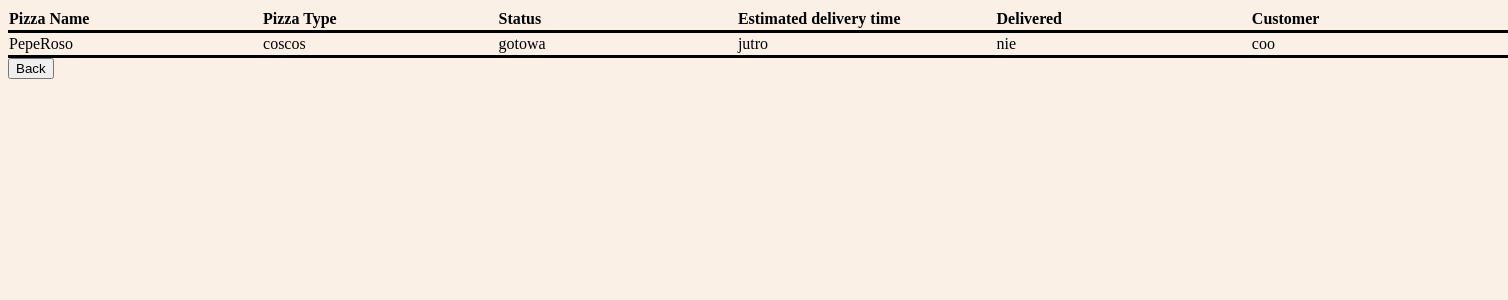
Repository: wisni4k/html-trainee
Page: testWeb/WebContent/OrdersList.html
The author's editor kept a copy of each file at every save. The page is drawn from the files as they stood at one save, then again after the next save.
The browser window is 1280 px wide. The page is 1508 px wide, then 1308 px, so the pictures cover 1508 px, including what lies to the right of the window. The pictures show the whole page.

Above is the page before, as saved 2015-07-10 13:19:30.

After the next save:
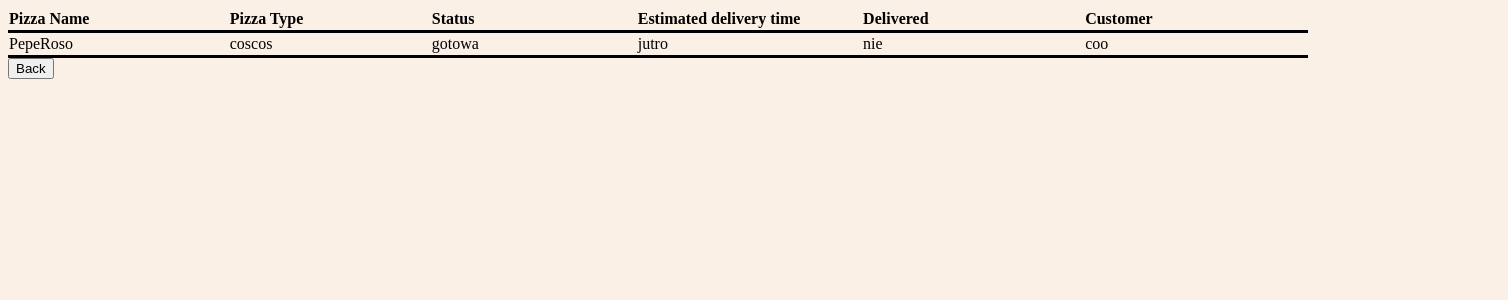
Saved 8 s later.
--- a/testWeb/WebContent/TableStyle.css
+++ b/testWeb/WebContent/TableStyle.css
@@ -9,6 +9,6 @@ table ,td{
 	border-bottom-style: solid;
 	margin-left: auto;
 	margin-right: auto;
-	width:1500px;
+	width:1300px;
 	height: 20px;
 }
